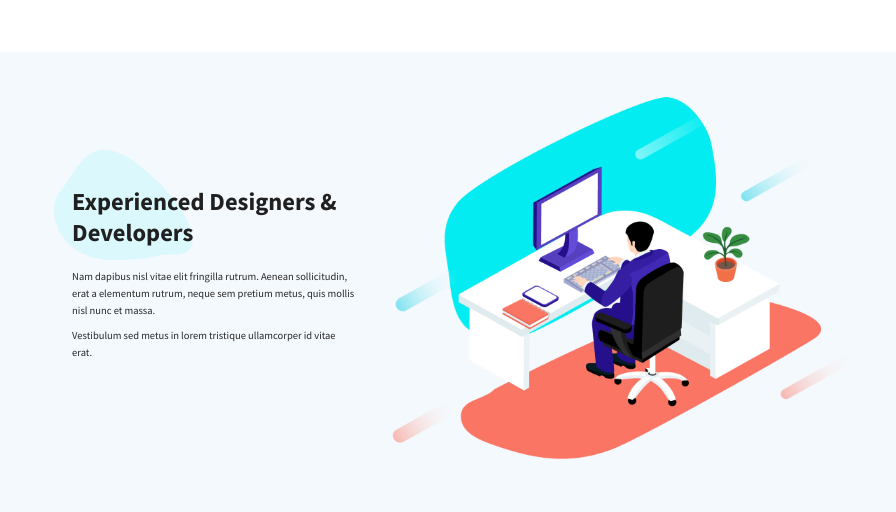
Repository: advert31337/marafon_from0to1_MartaUP
Page: index.html
These files come from the project's save history. The page is drawn as it stood at one moment and after the next save; the edit follows.
The browser window is 1280 px wide. The pictures show the part of the page from y = 1297 to 3217 px (the page is 2029 px tall before and 3217 px after), at 70% of full size.

Above is the page before, as saved 2020-03-08 10:21:32.

### index.html
<!DOCTYPE html>
<html lang="en">

<head>
    <meta charset="UTF-8">
    <meta name="viewport" content="width=device-width, initial-scale=1.0">
    <title>Marafon MartaUP</title>
    <link href="https://fonts.googleapis.com/css?family=Source+Sans+Pro:400,600,700&display=swap" rel="stylesheet">
    <link rel="stylesheet" href="css/reset.css">
    <link rel="stylesheet" href="css/slick.css">
    <link rel="stylesheet" href="css/style.css">
</head>

<body>
    <header class="header">

        <div class="container">
            <div class="header__top">

                <div class="logo">
                    <a href="#!">+
                        <img src="images/logo.svg" alt="">
                    </a>
                </div>

                <nav class="menu">
                    <ul class="menu__list">
                        <li><a class="menu__list-item" href="#">home</a></li>
                        <li><a class="menu__list-item" href="#">work</a></li>
                        <li><a class="menu__list-item" href="#">about</a></li>
                        <li><a class="menu__list-item" href="#">contact</a></li>
                    </ul>
                </nav>

                <div class="header-btn">
                    <a class="login" href="#">login</a>
                    <a class="sign-up" href="#">sign up</a>
                </div>

            </div>

            <div class="header-slider">
                <div class="header-slider__item">
                    <div class="header-slider__item-content">

                        <div class="header-slider__item-info">
                            <h3 class="header-slider__title">
                                We Build Apps & Websites
                                for Your Business
                            </h3>
                            <div class="header-slider__description">
                                For startups, For businesses & For you
                            </div>
                            <a href="" class="header-slider__btn">Request a quote</a>
                        </div>

                        <div class="header-slider__item-images">
                            <img src="images/slider-img.png" alt="">
                        </div>
                    </div>
                </div>


                <div class="header-slider__item">
                    <div class="header-slider__item-content">

                        <div class="header-slider__item-info">
                            <h3 class="header-slider__title">
                                We Build Apps & Websites
                                for Your Business
                            </h3>
                            <div class="header-slider__description">
                                For startups, For businesses & For you
                            </div>
                            <a href="" class="header-slider__btn">Request a quote</a>
                        </div>

                        <div class="header-slider__item-images">
                            <img src="images/slider-img.png" alt="">
                        </div>
                    </div>
                </div>


                <div class="header-slider__item">
                    <div class="header-slider__item-content">

                        <div class="header-slider__item-info">
                            <h3 class="header-slider__title">
                                We Build Apps & Websites
                                for Your Business
                            </h3>
                            <div class="header-slider__description">
                                For startups, For businesses & For you
                            </div>
                            <a href="" class="header-slider__btn">Request a quote</a>
                        </div>

                        <div class="header-slider__item-images">
                            <img src="images/slider-img.png" alt="">
                        </div>
                    </div>
                </div>


                <div class="header-slider__item">
                    <div class="header-slider__item-content">

                        <div class="header-slider__item-info">
                            <h3 class="header-slider__title">
                                We Build Apps & Websites
                                for Your Business
                            </h3>
                            <div class="header-slider__description">
                                For startups, For businesses & For you
                            </div>
                            <a href="" class="header-slider__btn">Request a quote</a>
                        </div>

                        <div class="header-slider__item-images">
                            <img src="images/slider-img.png" alt="">
                        </div>
                    </div>
                </div>


                <div class="header-slider__item">
                    <div class="header-slider__item-content">

                        <div class="header-slider__item-info">
                            <h3 class="header-slider__title">
                                We Build Apps & Websites
                                for Your Business
                            </h3>
                            <div class="header-slider__description">
                                For startups, For businesses & For you
                            </div>
                            <a href="" class="header-slider__btn">Request a quote</a>
                        </div>

                        <div class="header-slider__item-images">
                            <img src="images/slider-img.png" alt="">
                        </div>
                    </div>
                </div>
            </div>

        </div>

    </header>

    <section class="specialised">
        <div class="container">
            <div class="specialised__title title">
                We are specialised in
            </div>
            <div class="specialised__items">
                <div class="specialised__item">
                    <div class="specialised__item-img">
                        <img src="images/specialise-1.svg" alt="">
                    </div>

                    <div class="specialise__item-title">
                        UI/UX Design
                    </div>
                    <div class="specialise__item-text">
                        In hac habitasse platea dictumstmus adipiscing fermentum quam volutpat aliquam. Integer cilisis tristique.
                    </div>
                </div>
                <div class="specialised__item">
                    <div class="specialised__item-img">
                        <img src="images/specialise-2.svg" alt="">
                    </div>
                    <div class="specialise__item-title">
                        Web Development
                    </div>
                    <div class="specialise__item-text">
                        In hac habitasse platea dictumstmus adipiscing fermentum quam volutpat aliquam. Integer cilisis tristique.
                    </div>
                </div>
                <div class="specialised__item">
                    <div class="specialised__item-img">
                        <img src="images/specialise-3.svg" alt="">
                    </div>
                    <div class="specialise__item-title">
                        App Development
                    </div>
                    <div class="specialise__item-text">
                        In hac habitasse platea dictumstmus adipiscing fermentum quam volutpat aliquam. Integer cilisis tristique.
                    </div>
                </div>
            </div>
        </div>
    </section>

    <section class="advantages">
        <div class="container">
            <div class="advantages-box">
                <div class="advantages-box__info">
                    <div class="advantages-box__title">
                        Experienced Designers & Developers
                    </div>
                    <div class="advantages-box__text">
                        <p>
                            Nam dapibus nisl vitae elit fringilla rutrum. Aenean sollicitudin, erat a elementum rutrum, neque sem pretium metus, quis mollis nisl nunc et massa.
                        </p>
                        <p>
                            Vestibulum sed metus in lorem tristique ullamcorper id vitae erat.
                        </p>
                    </div>
                </div>

                <div class="advantages-box__img">
                    <img src="images/advantages-1.png" alt="">
                </div>
            </div>
        </div>
    </section>

    <footer>

    </footer>


    <script src="https://ajax.googleapis.com/ajax/libs/jquery/3.4.1/jquery.min.js"></script>
    <script src="js/slick.min.js"></script>
    <script src="js/main.js"></script>
</body>

</html>

### css/style.css
*{
    box-sizing: border-box;
}

body {
    font-family: 'Source Sans Pro', sans-serif;
    font-size: 15px;
    line-height: 24px;
}

a {
    text-decoration: none;
    color: inherit;
}
.header {
    background-image: url('../images/header-bg.jpg');
    min-height: 793px;
    background-repeat: no-repeat;
    background-size: cover;
    background-position: top center;
}

.container {
    max-width: 1200px;
    margin: 0 auto;
    padding: 0 15px 0 15px;

}

.header__top {
    display: flex;
    justify-content: space-between;
    height: 100px;
    align-items: center;
}

.menu__list {
    display: flex;
}

.menu__list li + li {
    padding-left: 50px;

}

.login {
    margin-right: 44px;
    color: #fff;
    text-transform: uppercase;
    font-weight: 600;
}

.menu__list a{
    opacity: 0.5;
    color: #fff;
    font-weight: 600;
    text-transform: uppercase;
    transition: all 0.5s;
}

.menu__list a:hover {
    opacity: 1;
}

.sign-up {
    text-transform: uppercase;
    color: #250f8a;
    font-weight: 600;
    background-color: #fff;
    padding: 8px 43px;
    border-radius: 20px;

}

.header-slider {
    padding-top: 111px;
}
.header-slider__item {

}
.header-slider__item-content {
    display: flex;
    justify-content: space-between;
}
.header-slider__item-info {
    max-width: 506px;
    color:#fff;
}
.header-slider__title {
    font-weight: 700;
    font-size: 45px;
    line-height: 60px;
    margin-bottom: 10px;
}
.header-slider__description {
    line-height: 55px;
    font-size: 24px;
    margin-bottom: 60px;
}
.header-slider__btn {
    font-weight: 600;
    text-transform: uppercase;
    color: #250F8A;
    padding: 13px 39px;
    background-color: #FFCA00;
    border-radius: 25px;
}
.header-slider__item-images {
    margin: 10px 82px 0 0;
}

.header-dots{
    list-style: none;
    position: absolute;
    right: 0;
    top: 50%;
}

.header-dots button {
    border: none;
    background-color: #fff;
    opacity: 0.5;
    font-size: 0;
    padding: 0;
    width: 7px;
    height: 7px;
    border-radius: 3.5px;
    cursor: pointer;
    outline: none;
    margin: 10px auto;
    display: block;
}

.header-dots .slick-active button{
    width: 15px;
    opacity: 1;
}

.specialised{
    padding: 55px 0 93px;
    background-image: url(../images/special-bg.svg);
    background-position: left bottom;
    background-repeat: no-repeat;
    color: #202020;
    text-align: center;
}

.specialised__title {
    margin-bottom: 96px;
}
.title {
    font-size: 35px;
    line-height: 45px;
    font-weight: 700;
    text-align: center;
}

.specialised__items {
    display: flex;
    justify-content: space-between;
    max-width: 980px;
    margin: 0 auto;

}
.specialised__item {
    width: 280px;
}
.specialised__item-img {
    margin-bottom: 23px;
    min-height: 159px;
}
.specialise__item-title {
    margin-bottom: 11px;
    font-size: 20px;
    font-weight: 700;
}
.specialise__item-text {
   padding: 0 10px;
   color: #272727;
   opacity: 0.7;
}


.advantages {
    padding-top: 64px;
    background: #f4f9fd;
}

.advantages-box {
    display: flex;
    justify-content: space-between;
    padding-bottom: 76px;
}
.advantages-box__info {
    max-width: 455px;
    padding-top: 60px;
    background-image: url(../images/title-bg-1.svg);
    background-repeat: no-repeat;
    background-position: 22px 76px;
}
.advantages-box__title {
    color: #202020;
    font-size: 35px;
    line-height: 45px;
    font-weight: 700;
    padding: 68px 0 15px 48px;

}
.advantages-box__text {
    padding-left: 48px;
    color: #272727;
}

.advantages-box__text p{
    margin: 12px 0;
}
.advantages-box__img {
}

### js/main.js
$(function(){
    $('.header-slider').slick({
        arrows: false,
        vertical: true,
        dots: true,
        dotsClass: 'header-dots',
        autoplay: 2000,

    })
})

Loaded but not shown: css/reset.css (common file); css/slick.css (common file); js/slick.min.js (library)

After the next save:
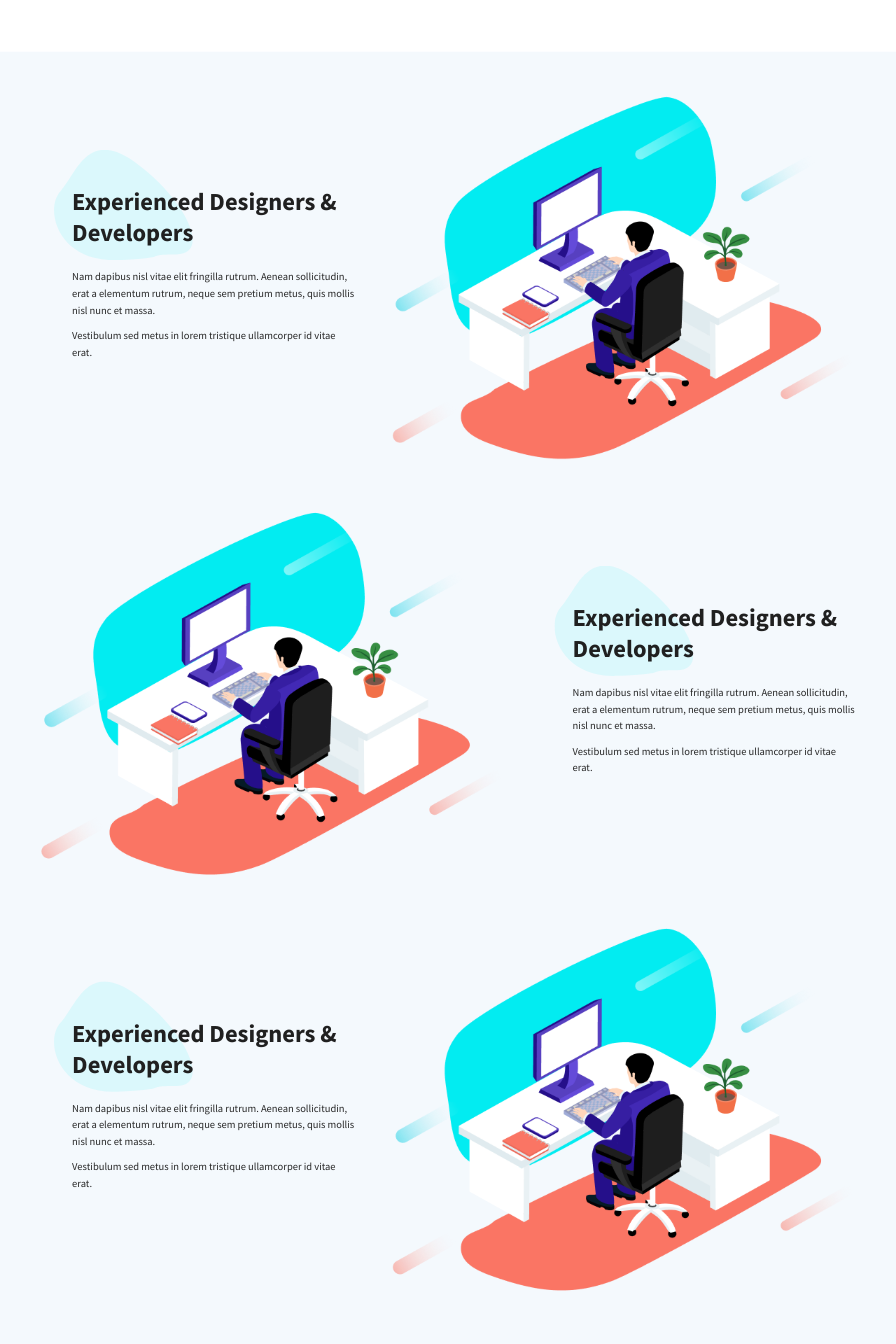
Saved 2 min 2 s later.
--- a/index.html
+++ b/index.html
@@ -195,6 +195,7 @@
 
     <section class="advantages">
         <div class="container">
+
             <div class="advantages-box">
                 <div class="advantages-box__info">
                     <div class="advantages-box__title">
@@ -214,7 +215,48 @@
                     <img src="images/advantages-1.png" alt="">
                 </div>
             </div>
-        </div>
+
+            <div class="advantages-box">
+                <div class="advantages-box__img">
+                    <img src="images/advantages-1.png" alt="">
+                </div>
+
+                <div class="advantages-box__info">
+                    <div class="advantages-box__title">
+                        Experienced Designers & Developers
+                    </div>
+                    <div class="advantages-box__text">
+                        <p>
+                            Nam dapibus nisl vitae elit fringilla rutrum. Aenean sollicitudin, erat a elementum rutrum, neque sem pretium metus, quis mollis nisl nunc et massa.
+                        </p>
+                        <p>
+                            Vestibulum sed metus in lorem tristique ullamcorper id vitae erat.
+                        </p>
+                    </div>
+                </div>
+            </div>
+
+            <div class="advantages-box">
+                <div class="advantages-box__info">
+                    <div class="advantages-box__title">
+                        Experienced Designers & Developers
+                    </div>
+                    <div class="advantages-box__text">
+                        <p>
+                            Nam dapibus nisl vitae elit fringilla rutrum. Aenean sollicitudin, erat a elementum rutrum, neque sem pretium metus, quis mollis nisl nunc et massa.
+                        </p>
+                        <p>
+                            Vestibulum sed metus in lorem tristique ullamcorper id vitae erat.
+                        </p>
+                    </div>
+                </div>
+
+                <div class="advantages-box__img">
+                    <img src="images/advantages-1.png" alt="">
+                </div>
+            </div>
+
+         </div>
     </section>
 
     <footer>
